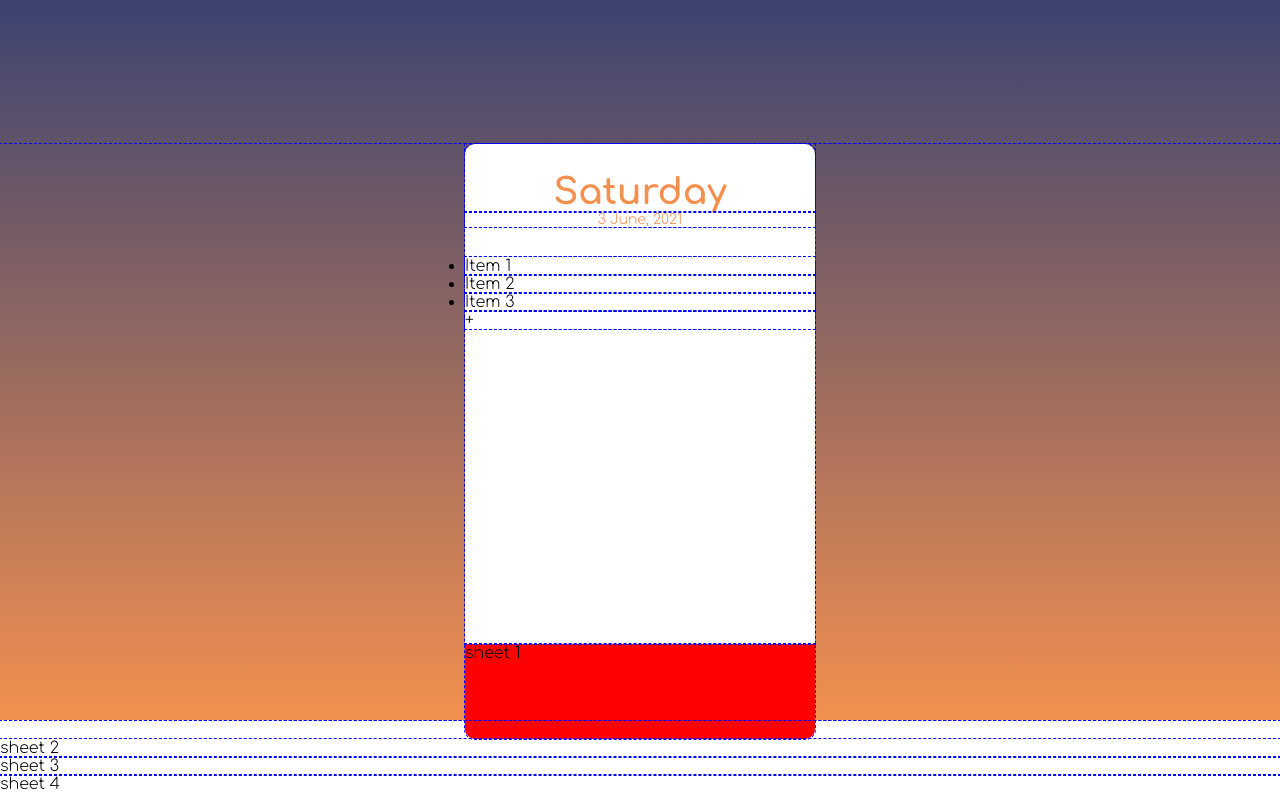
Repository: Colo-Codes/mini-projects
Page: todo-app/index.html
The author's editor kept a copy of each file at every save. The page is drawn from the files as they stood at one save, then again after the next save.
The browser window is 1280 px wide. The pictures show the whole page.

Above is the page before, as saved 2021-07-04 11:23:55.

After the next save:
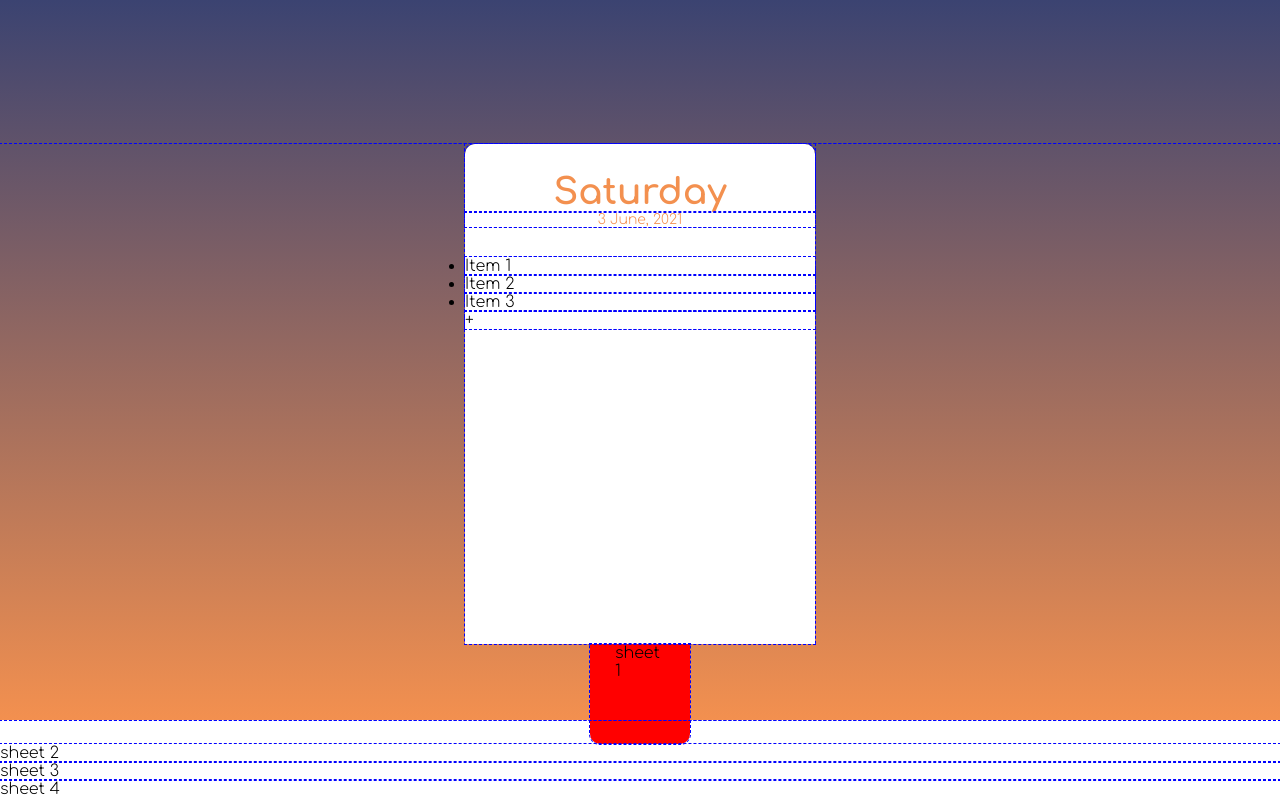
Saved 6 min 21 s later.
--- a/todo-app/css/index.css
+++ b/todo-app/css/index.css
@@ -49,7 +49,12 @@ body {
     height: 95px;
     margin: auto;
     border-radius: 0 0 10px 10px;
-    transform: perspective();
+
+    border-bottom: 100px solid red;
+    border-left: 25px solid transparent;
+    border-right: 25px solid transparent;
+    height: 0;
+    width: 100px;
 }
 
 #todo--header header {
